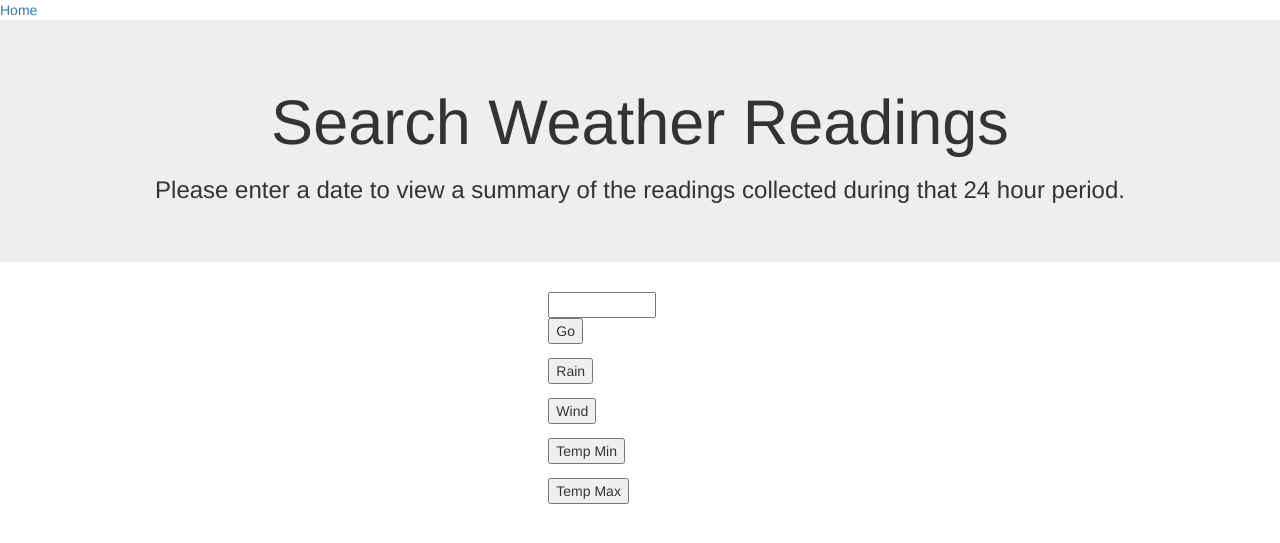
Repository: kralin27/ILC
Page: http://localhost/TESCWeather/WEB-INF/jsp/Search.jsp
These files come from the project's save history. The page is drawn as it stood at one moment and after the next save; the edit follows.
The browser window is 1280 px wide. The pictures show the whole page.
The page is served by Tomcat 9. Nobody is signed in. The template is opened directly, without the code that normally fills it, so the values that code supplies are empty.

Above is the page before, as saved 2016-12-13 02:35:09.

After the next save:
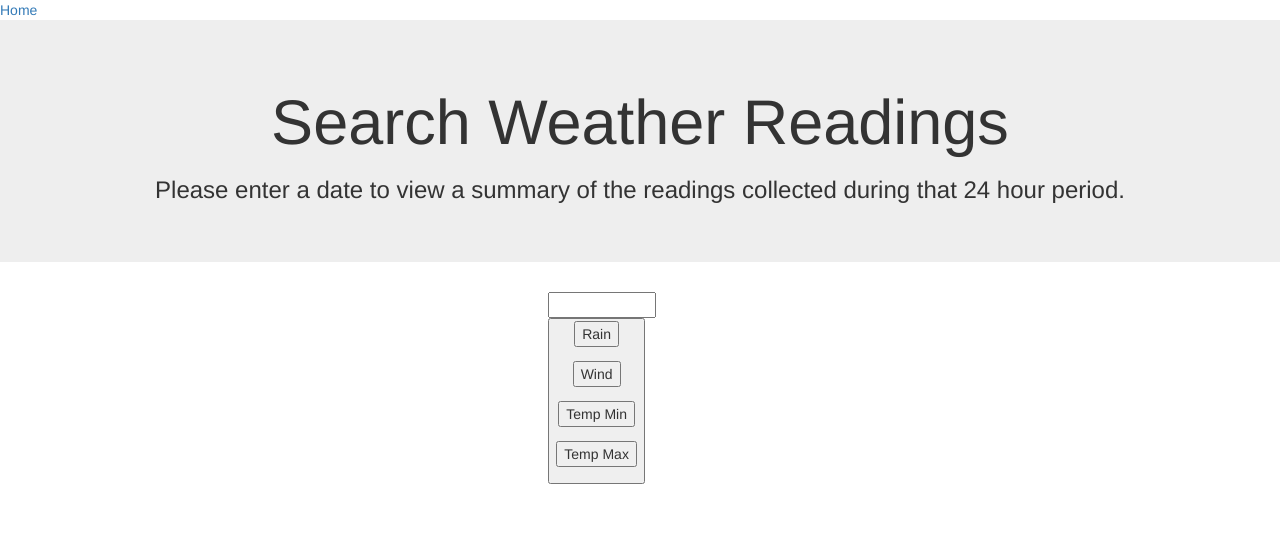
Saved 5 min 5 s later.
--- a/TESCWeather/src/main/webapp/WEB-INF/jsp/Search.jsp
+++ b/TESCWeather/src/main/webapp/WEB-INF/jsp/Search.jsp
@@ -25,7 +25,7 @@
 	<form method="GET" action=" <spring:url value="/WeatherReadings/Date" />">
 		<input type="text" name="date" size="10" >
 		<p>
-		<input type="submit" value="Go">
+		<button type="submit" value="Go">
 	</form>
 
 	<form method="GET" action=" <spring:url value="/WeatherReadings/Measure/Rain" />">

After the save that followed:
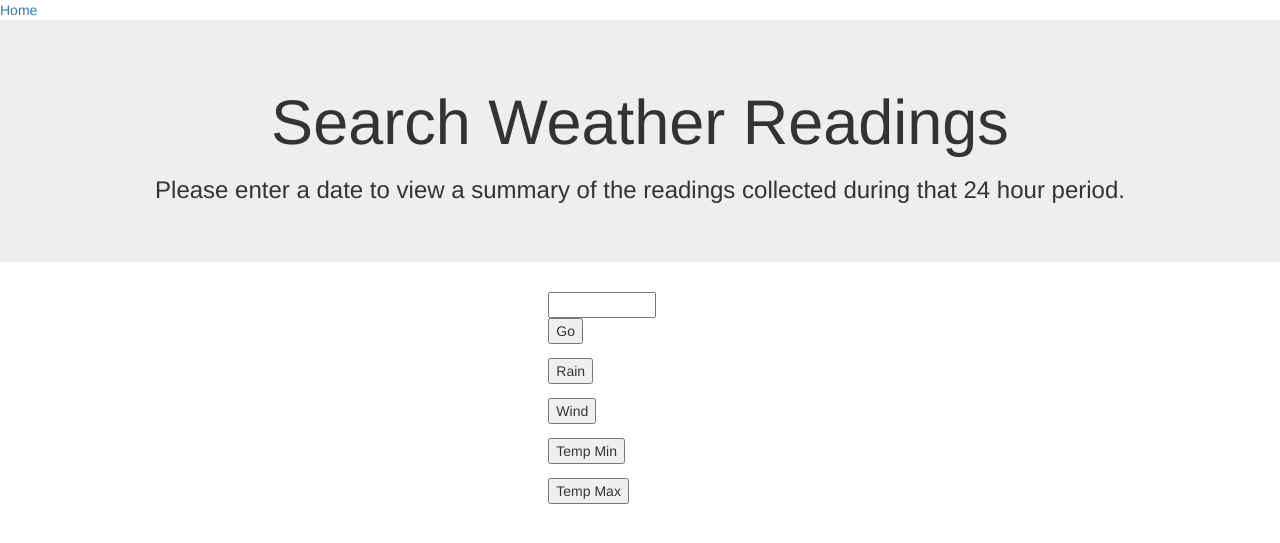
Saved 44 s later.
--- a/TESCWeather/src/main/webapp/WEB-INF/jsp/Search.jsp
+++ b/TESCWeather/src/main/webapp/WEB-INF/jsp/Search.jsp
@@ -25,7 +25,7 @@
 	<form method="GET" action=" <spring:url value="/WeatherReadings/Date" />">
 		<input type="text" name="date" size="10" >
 		<p>
-		<button type="submit" value="Go">
+		<button type="submit"> Go</button>
 	</form>
 
 	<form method="GET" action=" <spring:url value="/WeatherReadings/Measure/Rain" />">
